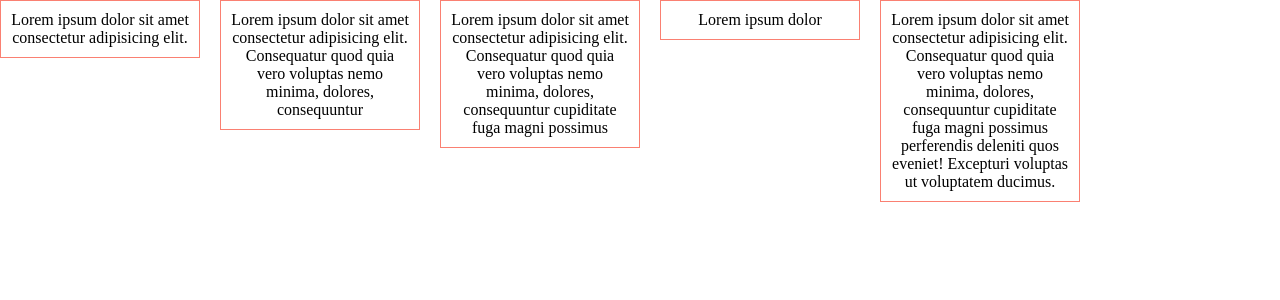
Repository: dinhconglam2306/frontend_tu_xa
Page: B07/Exercise-box-height/01-me/index.html
These files come from the project's save history. The page is drawn as it stood at one moment and after the next save; the edit follows.
The browser window is 1280 px wide. The pictures show the whole page.

Above is the page before, as saved 2021-04-14 20:55:03.

After the next save:
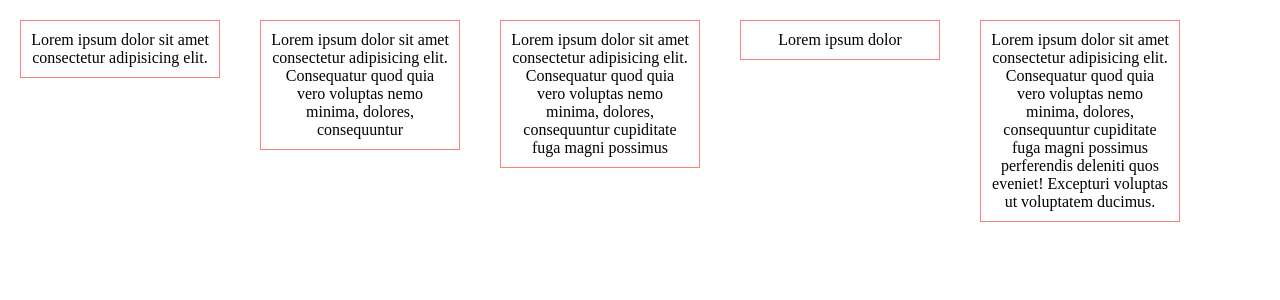
Saved 18 s later.
--- a/B07/Exercise-box-height/01-me/css/style.css
+++ b/B07/Exercise-box-height/01-me/css/style.css
@@ -9,5 +9,5 @@
   padding: 10px;
   text-align: center;
   float: left;
-  margin-right: 20px;
+  margin: 20px;
 }
